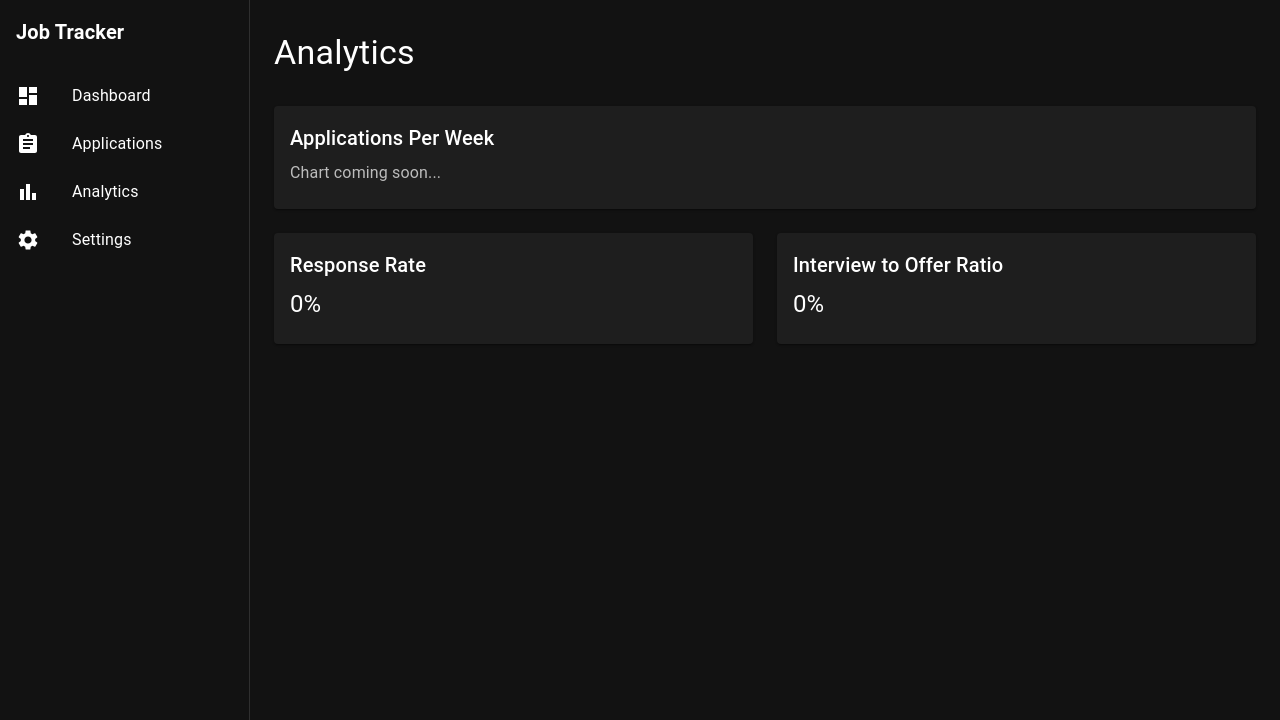
Repository: Poorna-Chandra-D/Smart-Job-Application-Tracker
Page: /analytics (app in frontend/)
These files come from the project's save history. The page is drawn as it stood at one moment and after the next save; the edit follows.
The browser window is 1280 px wide. The pictures show the whole page.
The page's requests for data from a server got no answer. The project was rebuilt for these pictures with package versions that can differ from the ones it lists, and the page was loaded fresh each time. No one was signed in, and anything a server would have sent is missing. Also part of the build but not shown: frontend/src/pages/Dashboard.tsx, frontend/src/pages/ApplicationTracker.tsx, frontend/src/pages/Settings.tsx.

Above is the page before, as saved 2026-01-03 21:06:35.

After the next save:
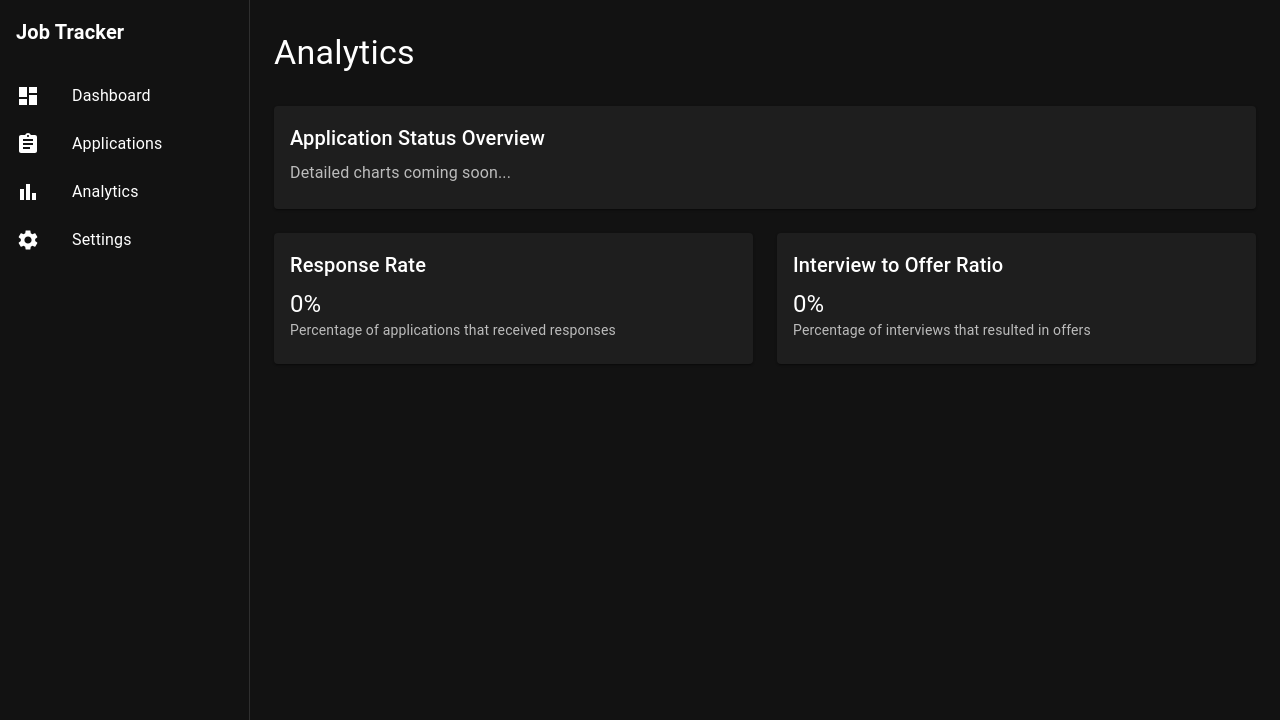
Saved 17 s later.
--- a/frontend/src/pages/Analytics.tsx
+++ b/frontend/src/pages/Analytics.tsx
@@ -1,6 +1,52 @@
+import { useState, useEffect } from 'react';
 import { Box, Typography, Grid, Card, CardContent } from '@mui/material';
+import { applicationService } from '../services/api';
+
+interface Application {
+  id: number;
+  status: string;
+  application_date: string;
+}
 
 const Analytics: React.FC = () => {
+  const [analytics, setAnalytics] = useState({
+    responseRate: 0,
+    interviewToOfferRatio: 0,
+    averageDaysToInterview: 0,
+  });
+
+  useEffect(() => {
+    calculateAnalytics();
+  }, []);
+
+  const calculateAnalytics = async () => {
+    try {
+      const response = await applicationService.getAll();
+      const applications = response.data as Application[];
+
+      const replied = applications.filter(app =>
+        ['Interview Scheduled', 'Rejected', 'Offer'].includes(app.status)
+      ).length;
+      const responseRate = applications.length > 0
+        ? Math.round((replied / applications.length) * 100)
+        : 0;
+
+      const interviews = applications.filter(app => app.status === 'Interview Scheduled').length;
+      const offers = applications.filter(app => app.status === 'Offer').length;
+      const interviewToOfferRatio = interviews > 0
+        ? Math.round((offers / interviews) * 100)
+        : 0;
+
+      setAnalytics({
+        responseRate,
+        interviewToOfferRatio,
+        averageDaysToInterview: 0,
+      });
+    } catch (error) {
+      console.error('Failed to fetch analytics:', error);
+    }
+  };
+
   return (
     <Box>
       <Typography variant="h4" sx={{ mb: 4 }}>
@@ -12,9 +58,9 @@ const Analytics: React.FC = () => {
           <Card>
             <CardContent>
               <Typography variant="h6" gutterBottom>
-                Applications Per Week
+                Application Status Overview
               </Typography>
-              <Typography color="textSecondary">Chart coming soon...</Typography>
+              <Typography color="textSecondary">Detailed charts coming soon...</Typography>
             </CardContent>
           </Card>
         </Grid>
@@ -25,7 +71,10 @@ const Analytics: React.FC = () => {
               <Typography variant="h6" gutterBottom>
                 Response Rate
               </Typography>
-              <Typography variant="h5">0%</Typography>
+              <Typography variant="h5">{analytics.responseRate}%</Typography>
+              <Typography color="textSecondary" variant="body2">
+                Percentage of applications that received responses
+              </Typography>
             </CardContent>
           </Card>
         </Grid>
@@ -36,7 +85,10 @@ const Analytics: React.FC = () => {
               <Typography variant="h6" gutterBottom>
                 Interview to Offer Ratio
               </Typography>
-              <Typography variant="h5">0%</Typography>
+              <Typography variant="h5">{analytics.interviewToOfferRatio}%</Typography>
+              <Typography color="textSecondary" variant="body2">
+                Percentage of interviews that resulted in offers
+              </Typography>
             </CardContent>
           </Card>
         </Grid>
